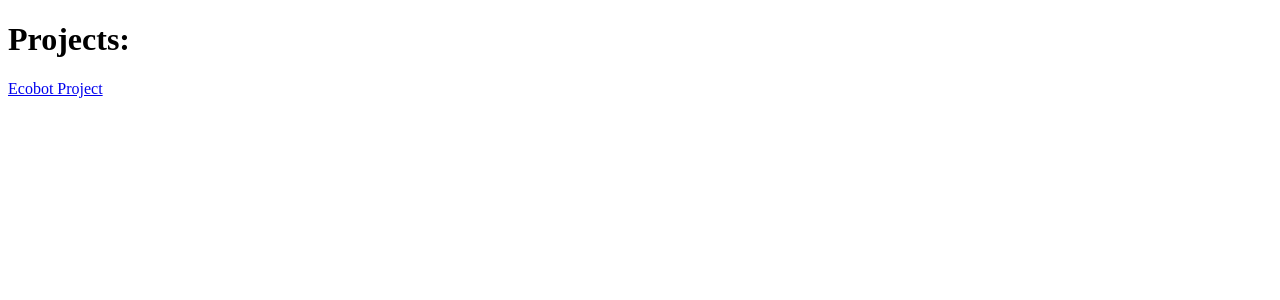
Repository: Isaakwashere/isaakwashere.github.io
Page: Engineering.html
The author's editor kept a record of every edit. The page is drawn from the files as they stood at one moment, then again after the next edit.
The browser window is 1280 px wide. The pictures show the whole page.

Above is the page before.

### Engineering.html
<!DOCTYPE html>
<html>
   <style>
body {

}
</style>


<body>


<h1 style="color:black;">Projects:</h1>
<p><a href="https://docs.google.com/presentation/d/1irt5dnKneLoVGd2yoK8-gBGLSylWtcAEDHAbf8LmWoI/edit?usp=sharing">Ecobot Project</p>



</body>
</html>

After the next edit:
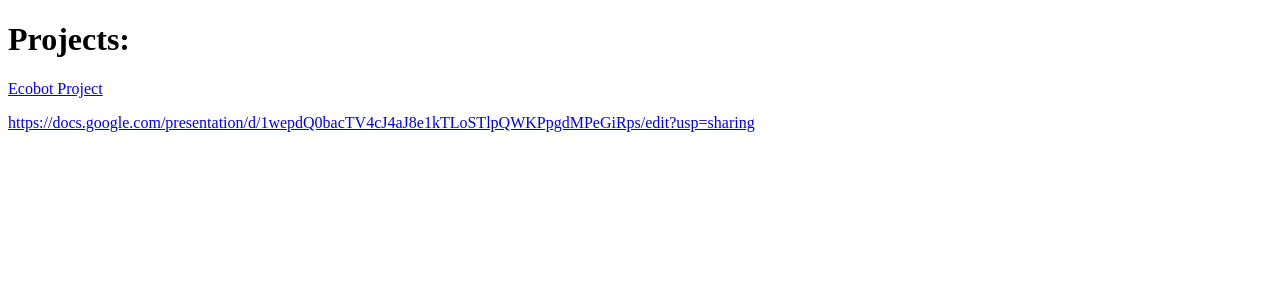
The edit:
--- a/Engineering.html
+++ b/Engineering.html
@@ -17,3 +17,5 @@
 
 </body>
 </html>
+
+https://docs.google.com/presentation/d/1wepdQ0bacTV4cJ4aJ8e1kTLoSTlpQWKPpgdMPeGiRps/edit?usp=sharing
